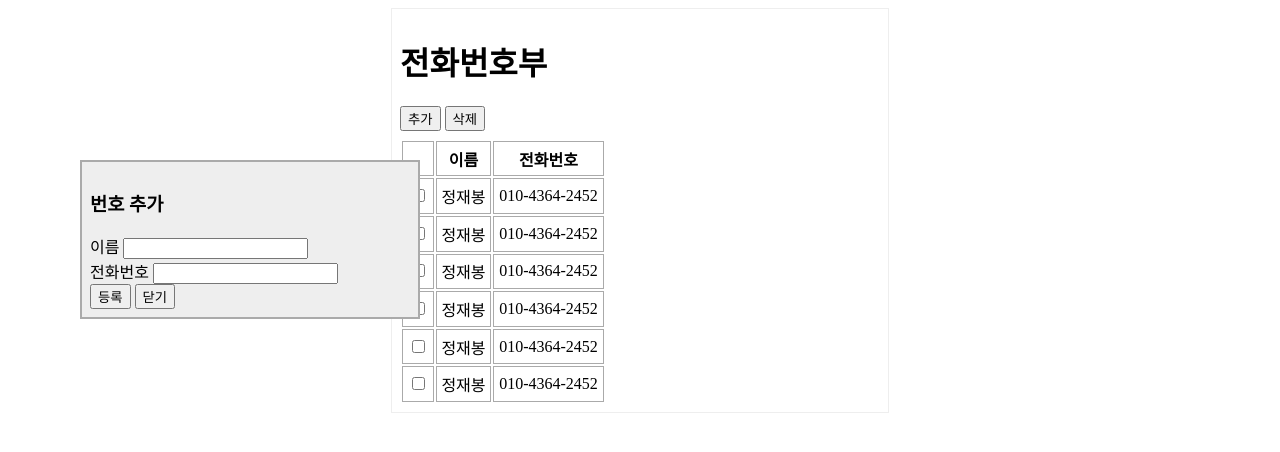
Repository: limjh0513/DGSW_JAVA
Page: 2학기/JAVA_WEB/web/src/main/webapp/phoneBook/phoneBook.html
These files come from the project's save history. The page is drawn as it stood at one moment and after the next save; the edit follows.
The browser window is 1280 px wide. The pictures show the whole page.

Above is the page before, as saved 2021-11-03 02:48:43.

### 2학기/JAVA_WEB/web/src/main/webapp/phoneBook/phoneBook.html
<!DOCTYPE html>
<html>
<head>
<meta charset="EUC-KR">
<title>전화번호부</title>
<link rel="stylesheet" href="css/phoneBook.css" />
</head>
<body>
	<div class="main">
		<h1>전화번호부</h1>
		<div class="btn">
			<button>추가</button>
			<button>삭제</button>
		</div>

		<table>
			<thead>
				<tr class="list">
					<th></th>
					<th>이름</th>
					<th>전화번호</th>
				</tr>
			</thead>
			<tbody>
				<tr class="list">
					<td><input type="checkbox" /></td>
					<td>정재봉</td>
					<td>010-4364-2452</td>
				</tr>
			<tbody>
				<tr class="list">
					<td><input type="checkbox" /></td>
					<td>정재봉</td>
					<td>010-4364-2452</td>
				</tr>
			<tbody class="list">
				<tr>
					<td><input type="checkbox" /></td>
					<td>정재봉</td>
					<td>010-4364-2452</td>
				</tr>
			<tbody>
				<tr class="list">
					<td><input type="checkbox" /></td>
					<td>정재봉</td>
					<td>010-4364-2452</td>
				</tr>
			<tbody>
				<tr class="list">
					<td><input type="checkbox" /></td>
					<td>정재봉</td>
					<td>010-4364-2452</td>
				</tr>
			<tbody>
				<tr class="list">
					<td><input type="checkbox" /></td>
					<td>정재봉</td>
					<td>010-4364-2452</td>
				</tr>
		</table>
	</div>


	<div class="registerLayer">
		<h3>번호 추가</h3>
		<div>
			<label>이름</label> <input type="text" name="name" />
		</div>
		<div>
			<label>전화번호</label> <input type="text" name="phoenNumber" />
		</div>
		<div style="">
			<input type="button" value="등록" /> <input type="button" value="닫기" />
		</div>
	</div>

</body>

<script src="https://code.jquery.com/jquery-2.2.4.js"
	integrity="sha256-iT6Q9iMJYuQiMWNd9lDyBUStIq/8PuOW33aOqmvFpqI="
	crossorigin="anonymous"></script>
<script src="js/phoneBook.js"></script>
</html>

### 2학기/JAVA_WEB/web/src/main/webapp/phoneBook/css/phoneBook.css
@charset "EUC-KR";

.main {
	width: 30rem;
	border: 1px solid #EEE;
	margin: 0 auto 0 auto;
	padding: 0.5rem;
	position: relative;
}

.btn{
	text-align: rigth;
	padding-right: 3rem;
	margin-bottom: 0.5rem;
}

.list{
	width: 95%;
	margin: 0 auto 0 auto;
	border-collapse: collapse;
}

.list th, td{
	border: 1px solid #AAA;
	padding: 0.3rem;
	text-align: center;
}

.registerLayer{
	width: 20rem;
	margin: 0 auto 0 auto;
	border: 2px solid #AAA;
	position: absolute;
	top: 10rem;
	left: 5rem;
	background-color: #EEE;
	padding: 0.5rem;
}
.registerLayer label{
	display:inline-block;

}

### 2학기/JAVA_WEB/web/src/main/webapp/phoneBook/js/phoneBook.js
$(document).ready(function() {
	initEventHandler();
})

function initEventHandler() {

}

After the next save:
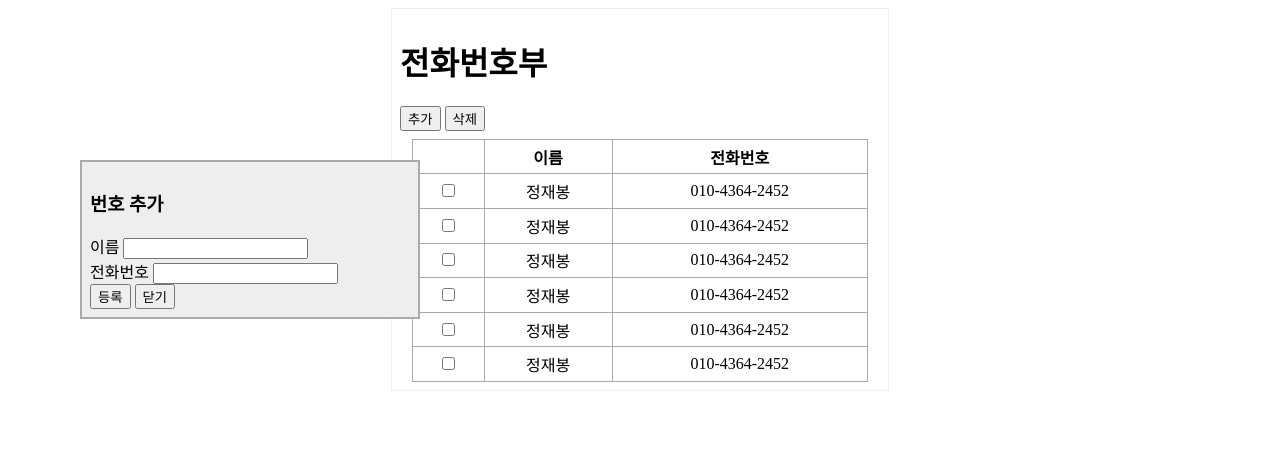
Saved 61 s later.
--- a/2학기/JAVA_WEB/web/src/main/webapp/phoneBook/phoneBook.html
+++ b/2학기/JAVA_WEB/web/src/main/webapp/phoneBook/phoneBook.html
@@ -9,50 +9,50 @@
 	<div class="main">
 		<h1>전화번호부</h1>
 		<div class="btn">
-			<button>추가</button>
-			<button>삭제</button>
+			<button id="btn_register">추가</button>
+			<button id="btn_delete">삭제</button>
 		</div>
 
-		<table>
+		<table class="list">
 			<thead>
-				<tr class="list">
+				<tr>
 					<th></th>
 					<th>이름</th>
 					<th>전화번호</th>
 				</tr>
 			</thead>
 			<tbody>
-				<tr class="list">
-					<td><input type="checkbox" /></td>
-					<td>정재봉</td>
-					<td>010-4364-2452</td>
-				</tr>
-			<tbody>
-				<tr class="list">
-					<td><input type="checkbox" /></td>
-					<td>정재봉</td>
-					<td>010-4364-2452</td>
-				</tr>
-			<tbody class="list">
 				<tr>
 					<td><input type="checkbox" /></td>
 					<td>정재봉</td>
 					<td>010-4364-2452</td>
 				</tr>
 			<tbody>
-				<tr class="list">
+				<tr>
 					<td><input type="checkbox" /></td>
 					<td>정재봉</td>
 					<td>010-4364-2452</td>
 				</tr>
 			<tbody>
-				<tr class="list">
+				<tr>
 					<td><input type="checkbox" /></td>
 					<td>정재봉</td>
 					<td>010-4364-2452</td>
 				</tr>
 			<tbody>
-				<tr class="list">
+				<tr>
+					<td><input type="checkbox" /></td>
+					<td>정재봉</td>
+					<td>010-4364-2452</td>
+				</tr>
+			<tbody>
+				<tr>
+					<td><input type="checkbox" /></td>
+					<td>정재봉</td>
+					<td>010-4364-2452</td>
+				</tr>
+			<tbody>
+				<tr>
 					<td><input type="checkbox" /></td>
 					<td>정재봉</td>
 					<td>010-4364-2452</td>
